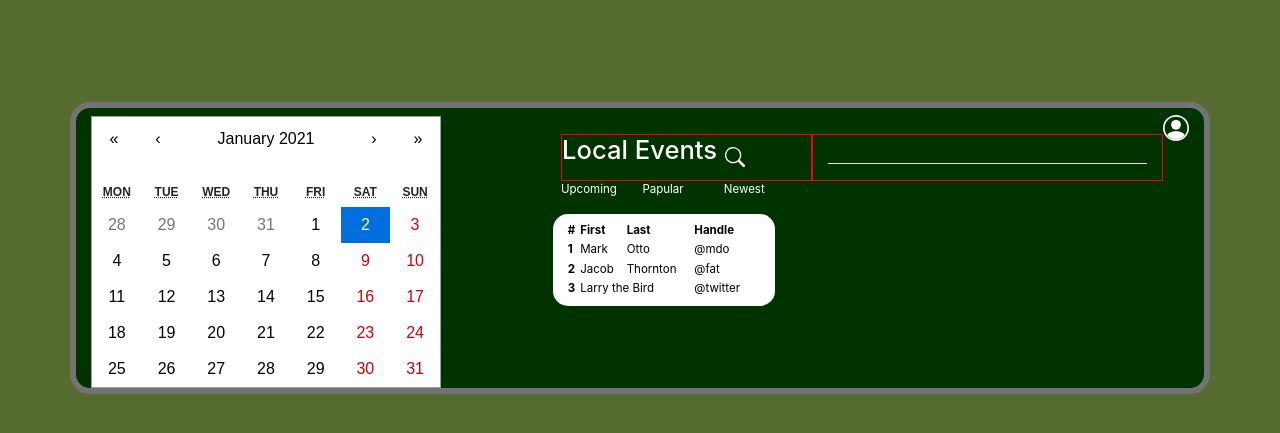
Repository: lalji-yadav/Calendar-code
Page: /
An editor plug-in stored every save of this project. The page is shown before and after the next save, followed by the edit.
The browser window is 1280 px wide. The pictures show the whole page.
The project was rebuilt for these pictures with package versions that can differ from the ones it lists, and the page was loaded fresh each time. Also part of the build but not shown: src/App.css.

Above is the page before, as saved 2021-01-04 10:32:22.

### src/App.js
import logo from './logo.svg';
import './App.css';
import MyApp from './calendar/calendar'
import Home from "./calendar/Home";

function App() {
  return (
    <div>
      <header>

        <Home />

      </header>
    </div>
  );
}

export default App;

### src/calendar/calendar.js
import React, { useState } from 'react';
import 'react-calendar/dist/Calendar.css';
import Calendar from 'react-calendar';

function MyApp() {
  const [value, onChange] = useState(new Date());

  return (
    <div>
      <Calendar
        onChange={onChange}
        value={value}
      />
    </div>
  );
}

export default MyApp;

### src/calendar/Home.js
import React from 'react';
import "./Home.css";
import MyApp from "./calendar";

function Home() {

  return (
    <div className="main">
      <div className='container'>
        <div className="row">
          <div className="col-sm-5 calendar">
             <MyApp />
          </div>
          <div className="col-sm-7">

            <div style={{float:"right", paddingTop:"1%"}}>
            <svg xmlns="http://www.w3.org/2000/svg" width="26" height="26" fill="white" class="bi bi-person-circle" viewBox="0 0 16 16">
            <path d="M13.468 12.37C12.758 11.226 11.195 10 8 10s-4.757 1.225-5.468 2.37A6.987 6.987 0 0 0 8 15a6.987 6.987 0 0 0 5.468-2.63z"/>
             <path fill-rule="evenodd" d="M8 9a3 3 0 1 0 0-6 3 3 0 0 0 0 6z"/>
             <path fill-rule="evenodd" d="M8 1a7 7 0 1 0 0 14A7 7 0 0 0 8 1zM0 8a8 8 0 1 1 16 0A8 8 0 0 1 0 8z"/>
            </svg>
            </div>

            <div className="row" style={{paddingTop:"4%"}}>
               <div className="col-sm-5" style={{border:"1px solid red"}}>
                 <div className="row">
                 <h1 style={{color:"white", fontSize:"2vw"}}>Local Events </h1>
               <svg  style={{margin:"5% 0% 0% 3%"}} xmlns="http://www.w3.org/2000/svg" width="20" height="20" fill="white" class="bi bi-search" viewBox="0 0 16 16">
               <path d="M11.742 10.344a6.5 6.5 0 1 0-1.397 1.398h-.001c.03.04.062.078.098.115l3.85 3.85a1 1 0 0 0 1.415-1.414l-3.85-3.85a1.007 1.007 0 0 0-.115-.1zM12 6.5a5.5 5.5 0 1 1-11 0 5.5 5.5 0 0 1 11 0z"/>
               </svg>
                 </div>
               </div>
               <div className="col-sm-7" style={{border:"1px solid red", paddingTop:"3%"}}>
               <hr style={{marginTop:"10px"}} />

               </div>

            </div>

            <div className="row">
          <div className="col-sm-5 row" style={{color:"white", fontSize:"0.9vw"}}>
            <div className="col-sm-4">
             <p>Upcoming</p>
            </div>
            <div className="col-sm-4">
              <p>Papular</p>
            </div>
            <div className="col-sm-4">
              <p>Newest</p>
            </div>

             {/* Carosal design  */}

             <div className="tablebox">
                <table className="tablebox">
                    <thead>
                      <tr>
                        <th scope="col">#</th>
                        <th scope="col">First</th>
                        <th scope="col">Last</th>
                        <th scope="col">Handle</th>
                      </tr>
                    </thead>
                    <tbody>
                      <tr>
                        <th scope="row">1</th>
                        <td>Mark</td>
                        <td>Otto</td>
                        <td>@mdo</td>
                      </tr>
                      <tr>
                        <th scope="row">2</th>
                        <td>Jacob</td>
                        <td>Thornton</td>
                        <td>@fat</td>
                      </tr>
                      <tr>
                        <th scope="row">3</th>
                        <td colspan="2">Larry the Bird</td>
                        <td>@twitter</td>
                      </tr>
                    </tbody>
                  </table>
             </div>

          </div>

        </div>

          </div>

        </div>

      </div>

    </div>
  );
}
export default Home;

### src/calendar/Home.css
.main {
    width: 100%;
    height: 100%;
    position: absolute;
    /* padding: 10% 5% 10% 5%; */
    background-color: darkolivegreen;
}
.container {
    width: 80%;
    /* height: 70%; */
    margin: 8% 10% 8% 10%;
    background-color: #003300;
    border: 6px solid #737373;
    border-radius: 20px;
}
.calendar {
    /* border: 2px solid red; */
    margin-top: 8px;
}
hr {
    color: white;
    width: 100%;
    margin-top: 5em;
    background-color: white;
}
.tablebox {
    margin: 0% 0% 0% 3%;
    padding: 3%;
    width: 91%;
    border-radius: 15px;
    color: black;
    background-color: white;
}

Loaded but not shown: public/index.html (common file); src/index.js (common file); src/index.css (common file); src/reportWebVitals.js (common file)

After the next save:
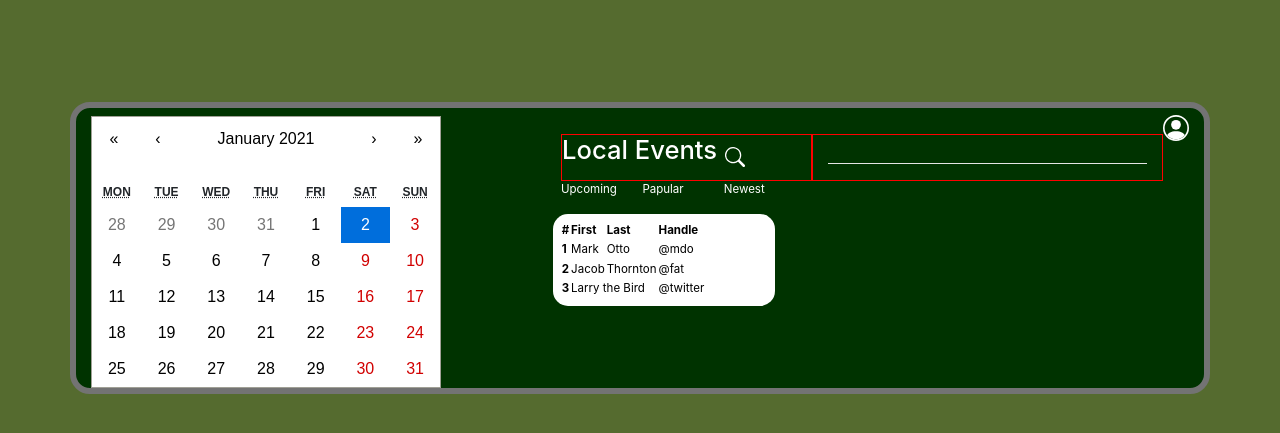
Saved 4 min 40 s later.
--- a/src/calendar/Home.js
+++ b/src/calendar/Home.js
@@ -52,7 +52,7 @@
              {/* Carosal design  */}
 
              <div className="tablebox">
-                <table className="tablebox">
+                <table>
                     <thead>
                       <tr>
                         <th scope="col">#</th>
